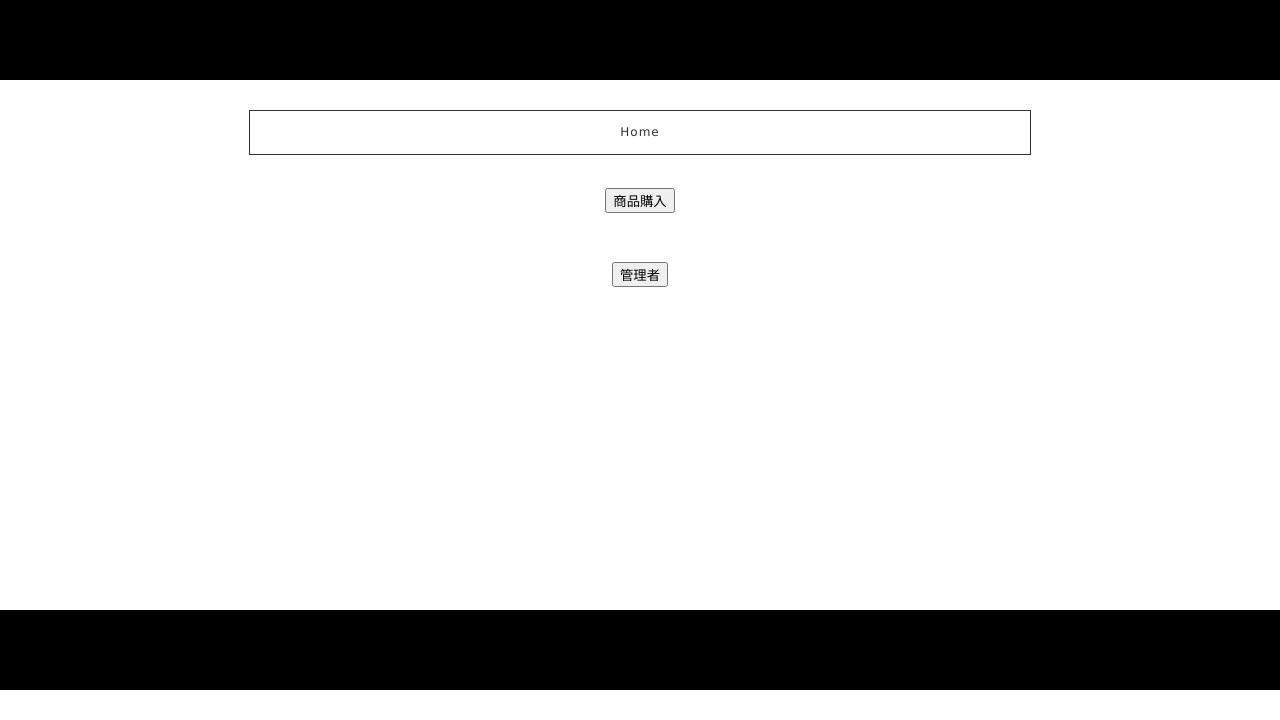
Repository: user-yo-yo/test
Page: http://localhost/ecsite/
The author's editor kept a copy of each file at every save. The page is drawn from the files as they stood at one save, then again after the next save.
The browser window is 1280 px wide. The pictures show the whole page.
The page is served by Tomcat 9. Other server files are loaded and not shown.

Above is the page before, as saved 2019-03-11 06:42:30.

### ecsite/WebContent/home.jsp
<%@ page language="java" contentType="text/html; charset=UTF-8"
    pageEncoding="UTF-8"%>
<%@ taglib prefix="s" uri="/struts-tags"%>
<!DOCTYPE html>
<html>
<head>
<meta http-equiv="Content-Type" content="text/html; charset=UTF-8" />
<meta http-equiv="Content-Style-Type" content="text/css" />
<meta http-equiv="Content-Script-Type" content="text/javascript" />
<meta http-equiv="imagetoolbar" content="no" />
<meta name="description" content="" />
<meta name="keywords" content="" />
<title>Home画面</title>

<style type="text/css">
/* ========TAG LAYOUT======== */
body{
	margin:0;
	padding:0;
	line-height:1.6;
	letter-spacing:1px;
	font-family:Verdana,Helvetica,sans-serif;
	font-size:12px;
	color:#333;
	background:#fff;
}

table{
	text-align:center;
	margin:0 auto;
}

/* ========ID LAYOUT======== */
#top{
	width:780px;
	margin:30px auto;
	border:1px solid #333;
}

#header{
	width:100%;
	height:80px;
	background-color:black;
}

#main{
	width:100%;
	height:500px;
	text-align:center;
}

#footer{
	width:100%;
	height:80px;
	background-color:black;
	clear:both;
}

#text-center{
	display:inline-block;
	text-align:center;
}

</style>

</head>
<body>
	<div id="header">
		<div id="pr">
		</div>
	</div>
	<div id="main">
		<div id="top">
			<p>Home</p>
		</div>
		<div id="text-center">
			<s:form action="HomeAction">
				<s:submit value="商品購入" />
			</s:form>
			<s:if test="#session.id != null">
				<p>ログアウトする場合は
				<a href='<s:url action="LogoutAction" />'>こちら</a>
				</p>
			</s:if>
			<p><br></p>
			<s:form action="AdminAction">
				<s:submit value="管理者" />
			</s:form>
		</div>
	</div>
	<div id="footer">
		<div id="pr">
		</div>
	</div>
</body>
</html>

After the next save:
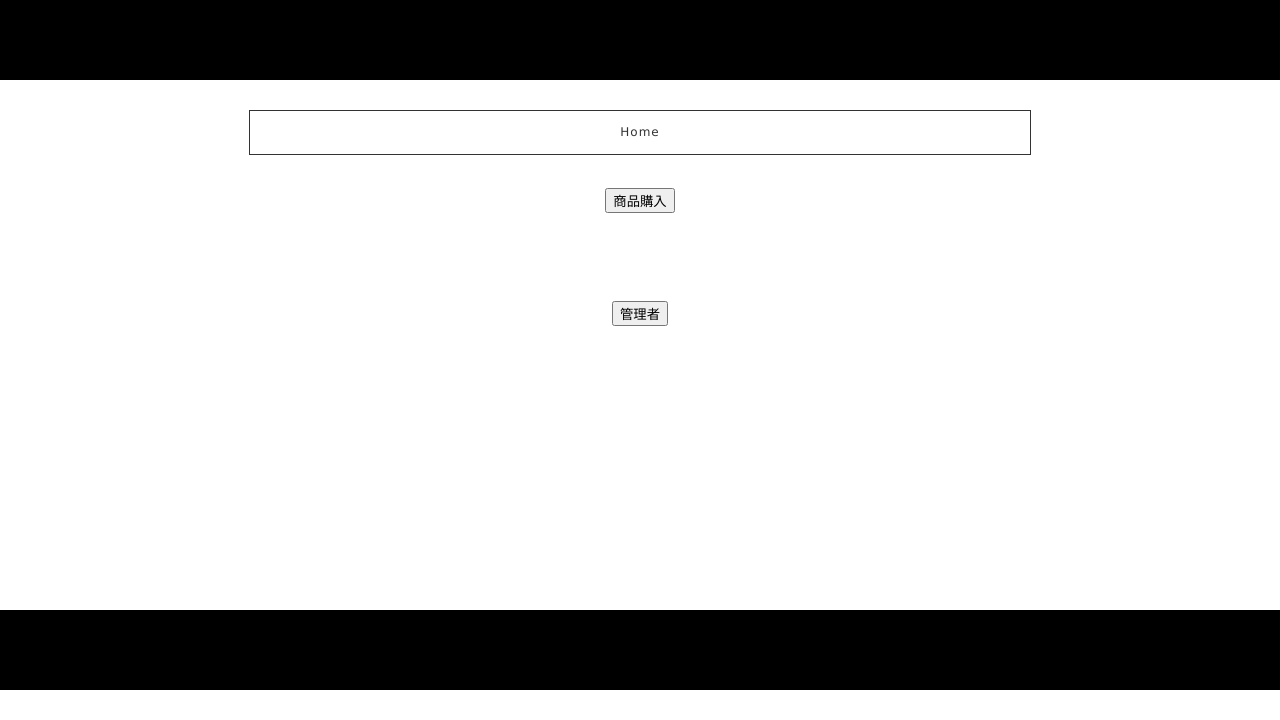
Saved 15 s later.
--- a/ecsite/WebContent/home.jsp
+++ b/ecsite/WebContent/home.jsp
@@ -82,7 +82,7 @@
 				<a href='<s:url action="LogoutAction" />'>こちら</a>
 				</p>
 			</s:if>
-			<p><br></p>
+			<p><br><br><br></p>
 			<s:form action="AdminAction">
 				<s:submit value="管理者" />
 			</s:form>
